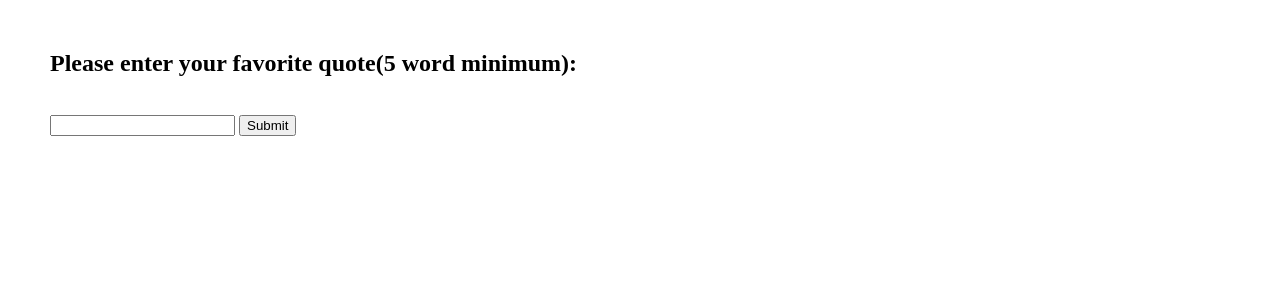
Repository: lilliebee/COSW30
Page: homework/homework4/quote.html
The author's editor kept a record of every edit. The page is drawn from the files as they stood at one moment, then again after the next edit.
The browser window is 1280 px wide. The pictures show the whole page.

Above is the page before.

After the next edit:
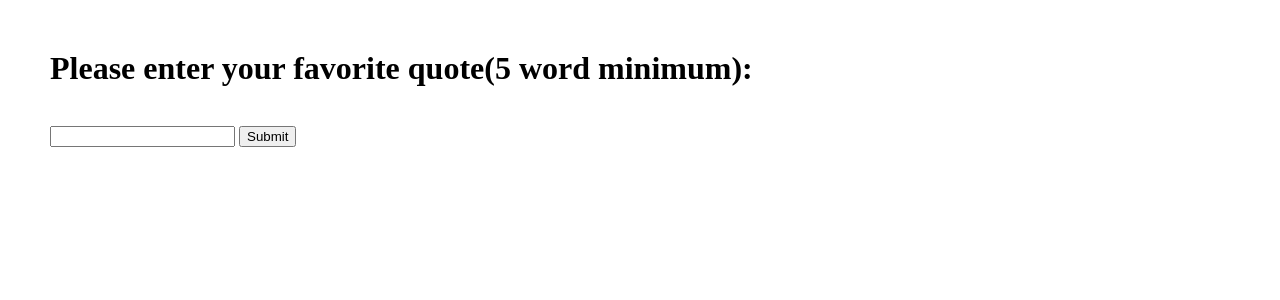
The edit:
--- a/homework/homework4/quote.html
+++ b/homework/homework4/quote.html
@@ -12,7 +12,7 @@
 <form action="quote_process.php" method="POST">
 
 <label for = "quote">
-    <h2>Please enter your favorite quote(5 word minimum):</h2>
+    <h1>Please enter your favorite quote(5 word minimum):</h1>
     </label><br>
 
 <input type="text" id="quote" name="quote">
